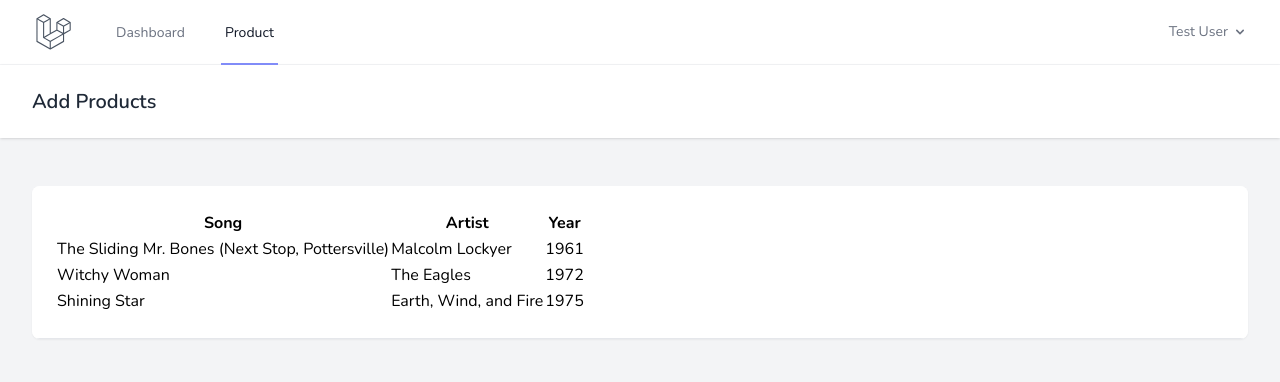
Repository: krishna-vm/them_set
Page: http://localhost/product
The author's editor kept a copy of each file at every save. The page is drawn from the files as they stood at one save, then again after the next save.
The browser window is 1280 px wide. The pictures show the whole page.
The page is served by the project's Laravel application, run on PHP 8.4 with Laravel 8. A made-up administrator, Test User (test@example.com), is signed in. Style sheets and scripts are compiled from the project's sources, by tool versions that may differ from the author's.

Above is the page before, as saved 2022-09-08 14:49:36.

After the next save:
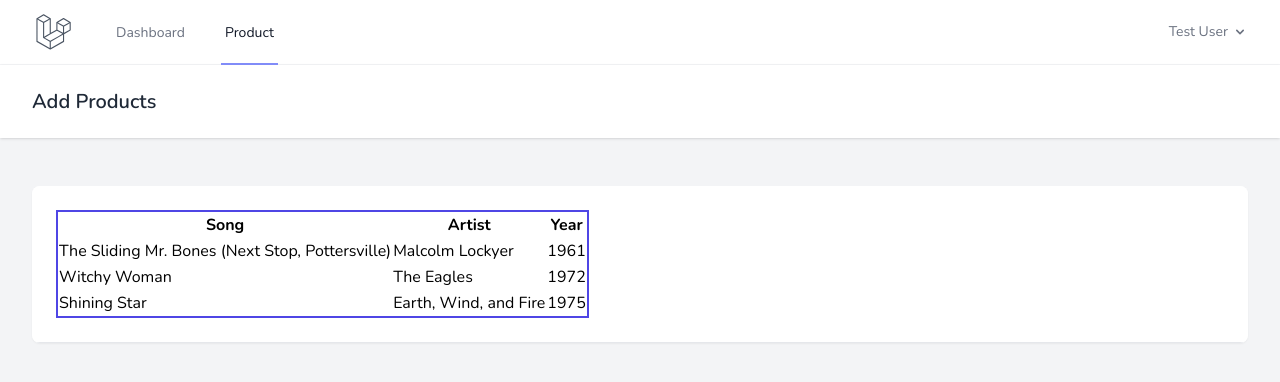
Saved 101 s later.
--- a/resources/views/product.blade.php
+++ b/resources/views/product.blade.php
@@ -65,7 +65,7 @@
                                 </div>
                             </div>
                         </div> --}}
-                        <table class="table-auto">
+                        <table class="table-auto border-solid border-2 border-indigo-600">
                             <thead>
                               <tr>
                                 <th>Song</th>
